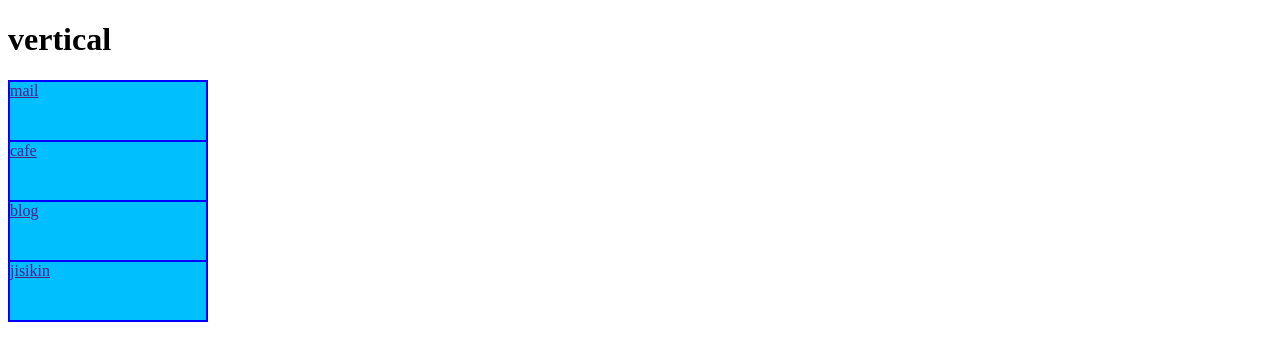
Repository: keeka2/webPractice
Page: MyStudy/HTML_Study/work/web/WebContent/verticlemenu.html
An editor plug-in stored every save of this project. The page is shown before and after the next save, followed by the edit.
The browser window is 1280 px wide. The pictures show the whole page.

Above is the page before, as saved 2020-08-24 02:15:16.

### MyStudy/HTML_Study/work/web/WebContent/verticlemenu.html
<!DOCTYPE html>
<html>
<head>
<meta charset="UTF-8">
<title>Insert title here</title>
<style>
	#v_menu{
	border-top: 2px solid blue;
	width: 200px;
	list-style: none;
	padding: 0;
	margins:0;
	}
	#v_menu>li{
	/*선 크기 잘 생각하셈*/
	border: 2px solid blue;
	border-top: none;
	height: 58px;

	width: 196px;
	test-align: center;
	background-color: #00bfff;
	}
	#v_menu>li>a{
	display: block;
	}
</style>
</head>
<body>
	<h1>vertical</h1>
	<div id="menu">
		<ul id="v_menu">
		<li><a href="">mail</a></li>
		<li><a href="">cafe</a></li>
		<li><a href="">blog</a></li>
		<li><a href="">jisikin</a></li>
		</ul>
	</div>
</body>
</html>

After the next save:
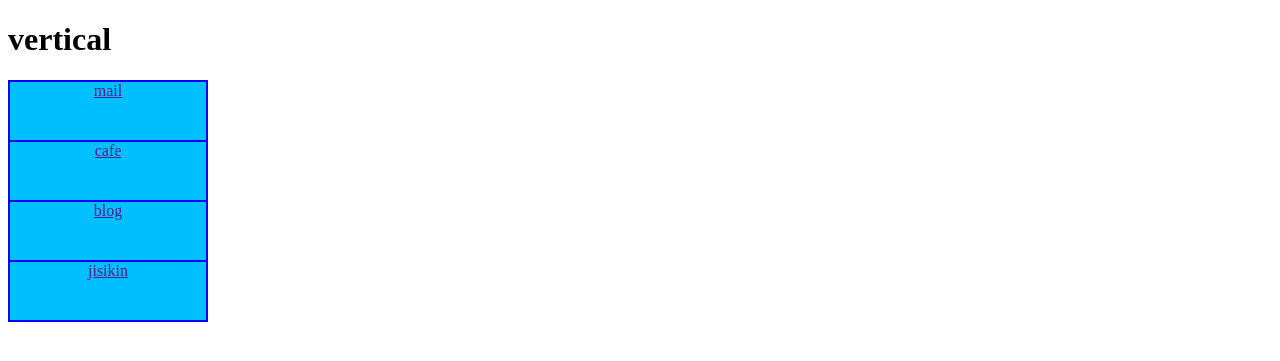
Saved 24 s later.
--- a/MyStudy/HTML_Study/work/web/WebContent/verticlemenu.html
+++ b/MyStudy/HTML_Study/work/web/WebContent/verticlemenu.html
@@ -18,7 +18,7 @@
 	height: 58px;
 
 	width: 196px;
-	test-align: center;
+	text-align: center;
 	background-color: #00bfff;
 	}
 	#v_menu>li>a{
